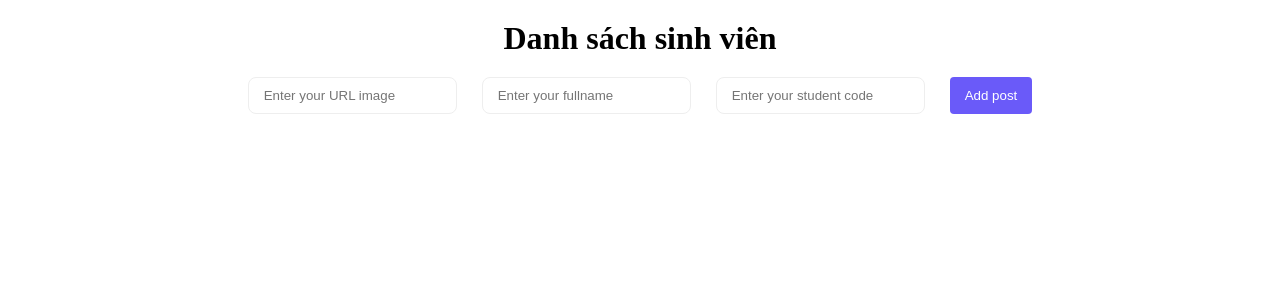
Repository: doquang195/demo-api
Page: indext.html
An editor plug-in stored every save of this project. The page is shown before and after a run of saves, followed by the edit.
The browser window is 1280 px wide. The pictures show the whole page.

Above is the page before, as saved 2023-10-04 21:46:15.

After the next 2 saves:
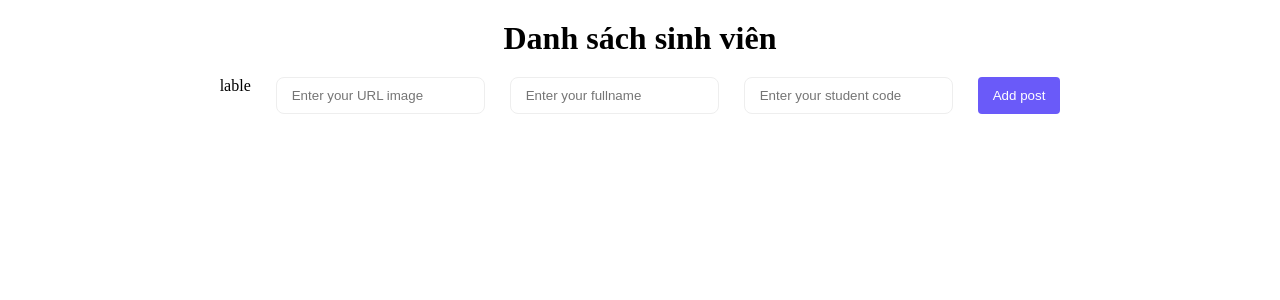
The 2 saves are shown as one change because they came seconds apart.
The last was saved 83 s later.
--- a/indext.html
+++ b/indext.html
@@ -13,6 +13,7 @@
             <div id="list-courses"></div>
         </div>
         <form action="" class="form-post" method="post">
+            lable
             <input
                 type="text"
                 name="image"

After the 3 saves that followed:
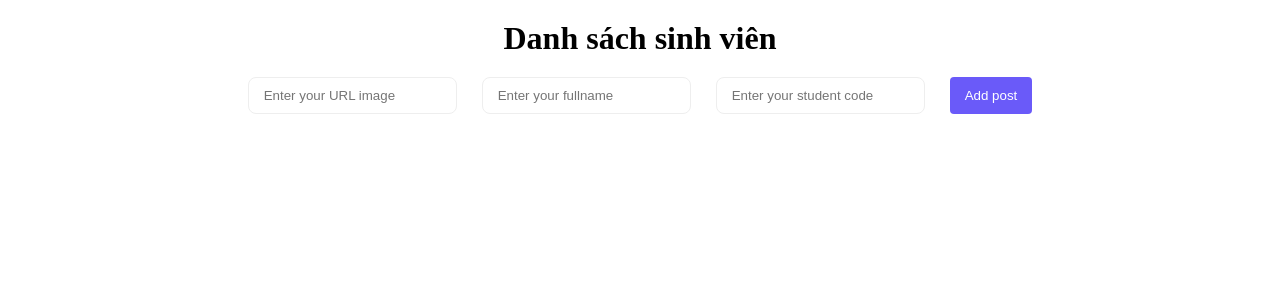
The 3 saves are shown as one change because they came seconds apart.
The last was saved 8 s later.
--- a/indext.html
+++ b/indext.html
@@ -13,7 +13,7 @@
             <div id="list-courses"></div>
         </div>
         <form action="" class="form-post" method="post">
-            lable
+
             <input
                 type="text"
                 name="image"
